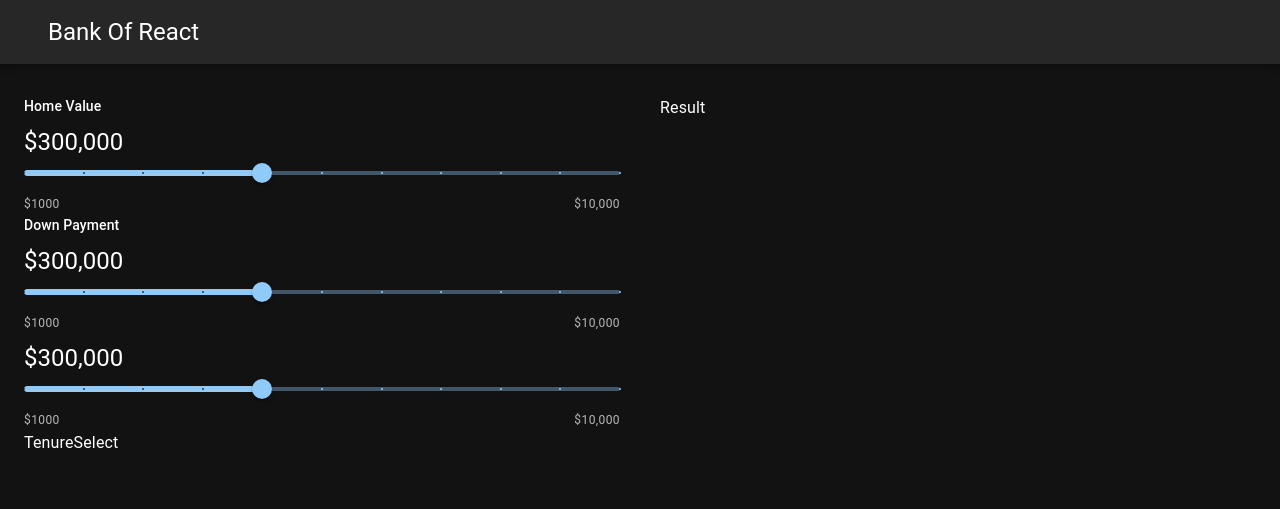
Repository: MikeeBuilds/mortgage-calculator
Page: /
These files come from the project's save history. The page is drawn as it stood at one moment and after a run of saves; the edit follows.
The browser window is 1280 px wide. The pictures show the whole page.
The project was rebuilt for these pictures with package versions that can differ from the ones it lists, and the page was loaded fresh each time.

Above is the page before, as saved 2023-04-03 21:39:43.

After the next 2 saves:
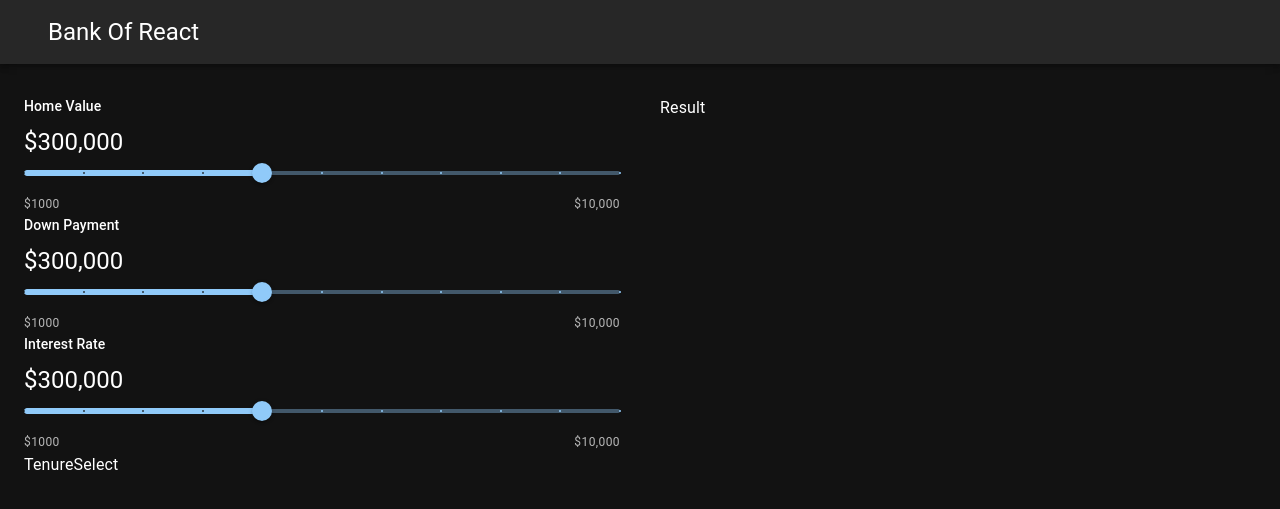
The 2 saves are shown as one change because they came seconds apart.
The last was saved 5 s later.
--- a/src/components/SliderSelect.js
+++ b/src/components/SliderSelect.js
@@ -21,7 +21,7 @@ const SliderSelect = () => {
             onChange={(e, value) => console.log(value)}
         />
           <SliderComponent
-
+            label='Interest Rate'
             min={0}
             max={50}
             defaultValue={20}
